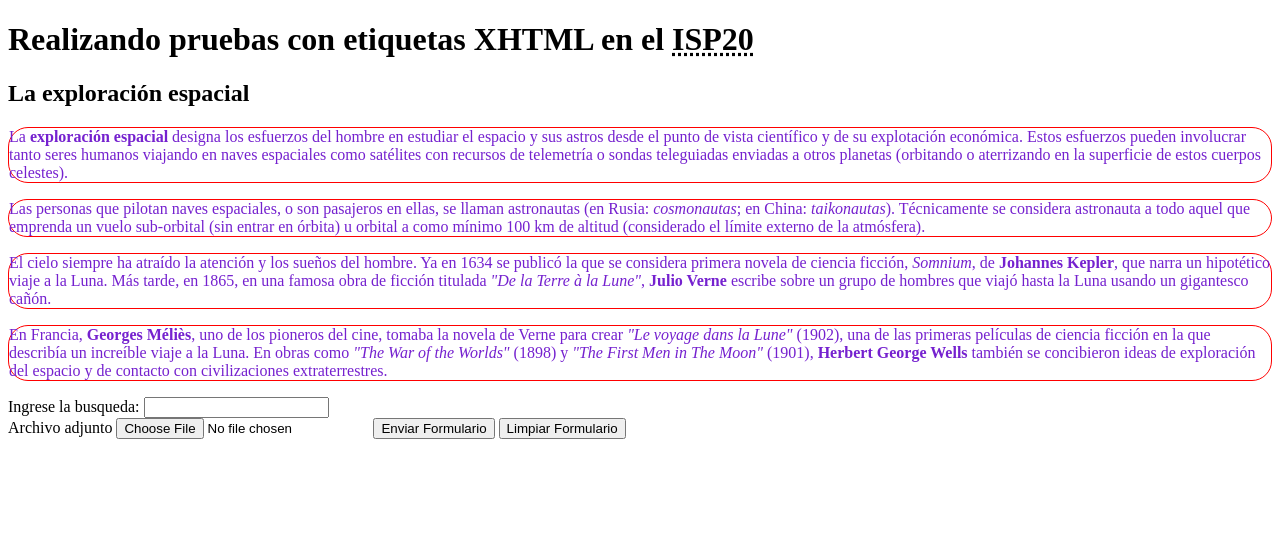
Repository: aleramirezsj/inv-aplicada-isp20
Page: pruebas_html5/pruebas_con_parrafos_y_textos.html
These files come from the project's save history. The page is drawn as it stood at one moment and after the next save; the edit follows.
The browser window is 1280 px wide. The pictures show the whole page.

Above is the page before, as saved 2013-06-24 23:41:17.

After the next save:
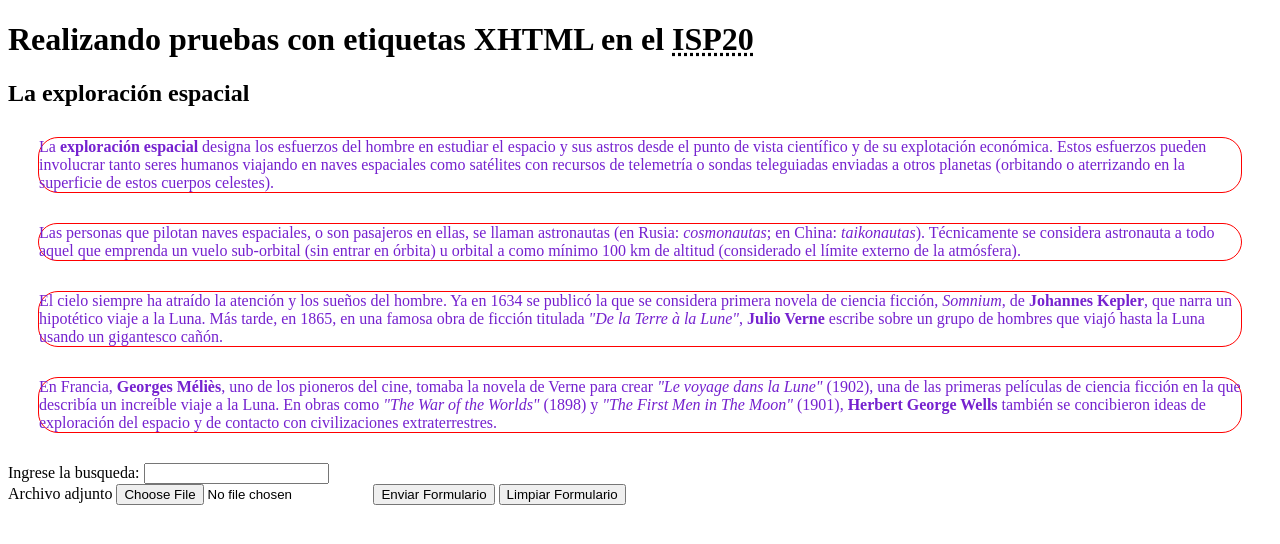
Saved 2 min 56 s later.
--- a/pruebas_html5/pruebas_con_parrafos_y_textos.html
+++ b/pruebas_html5/pruebas_con_parrafos_y_textos.html
@@ -5,7 +5,10 @@
 	<meta http-equiv="Content-Type" content="text/html; charset=UTF-8" />
 	<title>La exploración espacial</title>
 	<style type="text/css">
-		p { border: 1px solid red; color:#7521CF; border-radius: 20px }
+		p { border: 1px solid red;
+			color:#7521CF;
+			border-radius: 20px;
+			margin:30px }
 	</style>
 </head>
 
